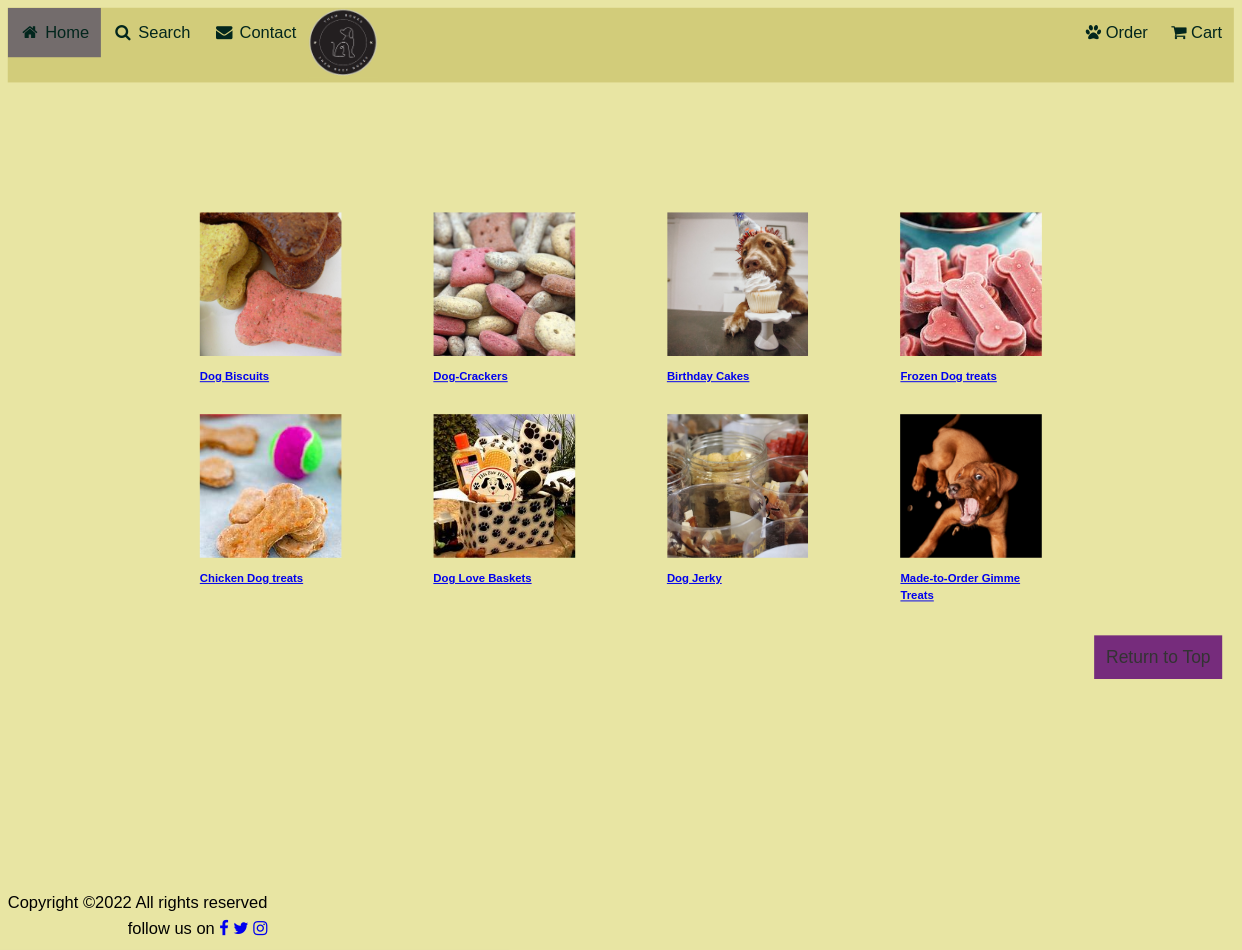
Repository: vgoins-RA2022/HTML-1
Page: index.html
These files come from the project's save history. The page is drawn as it stood at one moment and after the next save; the edit follows.
The browser window is 1280 px wide. The pictures show the whole page, at 97% of full size.

Above is the page before, as saved 2023-01-21 20:27:31.

### index.html
<!DOCTYPE html>
<html lang="en">

<head>
  <meta charset="UTF-8">
  <meta name="viewport" content="width=device-width, initial-scale=1">
  <link rel="stylesheet" href="https://cdnjs.cloudflare.com/ajax/libs/font-awesome/4.7.0/css/font-awesome.min.css">
  <link rel="stylesheet" href="../HTML-1/src/css/Style.css" type="text/css">
  <title>Simple HTML Assignment 1</title>
</head>

<header>
    <!-- setup top navigator bar. position logo, home and contact navators on the left-->
    <div class="navbar" float: left>
      <img src="src/img/them-bones-logo.png" alt="them-bones-logo" class="logo" >
      <a class="active" href="#"><i class="fa fa-fw fa-home"></i> Home</a>
      <a href="#"><i class="fa fa-fw fa-search"></i> Search</a>
      <a href="#"><i class="fa fa-fw fa-envelope"></i> Contact</a>
      <!-- position order and cart navigators on the right -->
    <div class="right"><a href="#"><i class="fa fa-paw" aria-hidden="true"></i> Order</a>
    <div class="right"><a href="#"><i class="fa fa-shopping-cart" aria-hidden="true"></i> Cart</a>
    </div>
  </header>

<body>
  <div class="container">
     <!-- set of store gallery of self-contained items enclosed in the figure tags  -->
    <div class="gallery">

      <figure class="gallery__item gallery__item--1">
            <img src="src/img/animal-dog- biscuits.jpg" alt="animal-dog-biscuits" class="gallery__img" >
              <h3 class= image-text>
                <h3><a href="#">Dog Biscuits</a></h3>
              </h3>
        </figure>
        <figure class="gallery__item gallery__item--2">
            <img src="src/img/animal-dog- crackers.jpg" alt="animal-dog-crackers" class="gallery__img">
                <h3 class= image-text>
                  <h3><a href="#">Dog-Crackers</a></h3>
                </h3>

        </figure>
        <figure class="gallery__item gallery__item--3">
            <img src="src/img/dog-happy-birthday.jpg" alt="dog-happy-birthday" class="gallery__img">
              <h3 class= image-text></h3>
                <h3><a href="#">Birthday Cakes</a></h3>
               </h3>
        </figure>
        <figure class="gallery__item gallery__item--4">
            <img src="src/img/frozen-dog-treats.jpg" alt="frozen-dog-treats" class="gallery__img">
              <h3 class= image-text>
                 <h3><a href="#">Frozen Dog treats</a></h3>
              </h3>
        </figure>
        <figure class="gallery__item gallery__item--5">
            <img src="src/img/chicken-dog-treat.jpg" alt="chicken-dog-treats" class="gallery__img">
              <h3 class= image-text>
                <h3><a href="#">Chicken Dog treats</a></h3>
              </h3>
        </figure>
        <figure class="gallery__item gallery__item--6">
            <img src="src/img/doggy-love-basket.jpg" alt="doggy-love-basket" class="gallery__img">
            <h3 class= image-text>
            <h3><a href="#">Dog Love Baskets</a></h3>
            </h3>
        </figure>
        <figure class="gallery__item gallery__item--7">
            <img src="src/img/Dog-jerkey.png" alt="dog-jerky" class="gallery__img">
            <h3 class= image-text>
              <a href="#">Dog Jerky</a></h3>
            </h3>
        </figure>
        <figure class="gallery__item gallery__item--8">
          <img src="src/img/gimme-dog treats.jpg" alt="gimme-dog-treats" class="gallery__img">
          <h3 class= image-text>
            <a href="#">Made-to-Order Gimme Treats</a>
          </h3>
        </figure>

      </div>
  </div>

</body>

<footer>
  <!-- <div> id="footer"</div>  footer id attribute -->

  <!-- setup navigator bar in the footer of copywright and social media icons -->


  <div class="navbar-footer">
    <div class="row">
      <div class="col-left">Copyright ©2022 All rights reserved</div>
      <div class="col-right">follow us on

        <a href="#"><i class="fa fa-facebook"></i></a>
        <a href="#"><i class="fa fa-twitter"></i></a>
        <a href="#"><i class="fa fa-instagram"></i></a>
      </div>
    </div>
  </div>
  <div><button id="return-to-top">Return to Top</button></div>
  </footer>
</html>

### src/css/Style.css

/* align navigation bar items */
.left-menu {
  grid-column: 1;
}
.right-menu {
  grid-column: -1;
}
/* format logo position, width and height */
.logo {
  grid-column: 3;
  grid-area: logo;
  place-self: center;
  width: 10vh;
  height: 10vh;
  justify-self: center;
  background-color:#d2cc7a;
}

/* style the navigation bar */
.navbar a {
float: left;
padding-top: 70px;
padding: 12px;
color: #02261d;
text-decoration: none;
font-size: 17px;
}
/* set the size of the images */
img {
  width: 400px;
  height: 80px;
}
/* change color of navigation item when cursor hovers */
.navbar a:hover {
background-color: #8e8c8c;
}
.active {
background-color: #736c6c;
}
.left {
  float: left;
}

.right {
  float: right;
 }

.navbar a {
    float: left;
    display: block;
}

.navbar {
    width: 100%;
    background-color: #d2cc7a;
    overflow: auto;
}

.logo img {
    display: inline-block;
    vertical-align: top;
    width: 50px;
    height: 50px;
    margin-right: 20px;
    margin-top: 15px;
}

html {
  box-sizing: border-box;
  font-size: 62.5%;
}

body {
  font-family: "Nunito", sans-serif;
  background-color: rgba(216, 212, 98, 0.585);
  font-weight: 300;
  line-height: 1.6;
}

.container {
  width: 75%;
  margin: 2rem auto;
}

.gallery {
  display: grid;
  grid-template-columns: repeat(8, 1fr);
  grid-template-rows: repeat(8, 5vw);
  grid-gap: 1.5rem;
  row-gap: 40px;
}

.gallery__img {
  width: 100%;
  height: 100%;
  object-fit: cover;
  display: block;
}

.image-txt {
  margin: 3%;
  position: absolute;
  top: 20px;
  left: 50px;
}
/* set length and position of store gallery items */
.gallery__item--1 {
  grid-column: 1 / span 2;
  grid-row: 2 / span 2;
}
.gallery__item--2 {
  grid-column: 3 / span 2;
  grid-row: 2 / span 2;
}
.gallery__item--3 {
  grid-column: 5 / span 2;
  grid-row: 2 / span 2;
}
.gallery__item--4 {
  grid-column: 7 / span 2;
  grid-row: 2 / span 2;
}
.gallery__item--5 {
  grid-column: 1 / span 2;
  grid-row: 4 / span 2;
}
.gallery__item--6 {
  grid-column: 3 / span 2;
  grid-row: 4 / span 2;
}
.gallery__item--7 {
  grid-column: 5 / span 2;
  grid-row: 4 / span 2;
}
.gallery__item--8 {
  grid-column: 7 / span 2;
  grid-row: 4 / span 2;
}
/* Style the button */

#return-to-top {
  position: fixed;
  bottom: 20px;
  right: 20px;
  background-color: #762c7c;
  color: #333;
  font-size: 18px;
  padding: 12px;
  border: none;
  cursor: pointer;
}

.button:hover {
  background-color: #ddd;
}

.button.active {
  background-color: #666;
  color: white;
}

.navbar-footer {
  font-size: 17px;
  display: flex;
  justify-content: space-between;
}
.col-left {
  text-align: left;
}
.col-right {
  text-align: right;
}


.footer {
  background: #061D25;
  padding: 10px 0;
}
.footer a {
  color: #70726F;
  font-size: 20px;
  padding: 10px;
  border-right: 1px solid #70726F;
  transition: all .5s ease;
}
.flex-container {
  display: flex;
  background: #d2cc7a;
}

.copyright{
  text-align: center;
  padding-top: 24px;
  font-weight: 500;
  opacity: 0.8;
  font-size: 16px;
}
@media (max-width: 767px) {

    .h6{
      margin: 0 auto;
      text-align: center;
      margin-top: 10px;
      margin-bottom: 10px;
    }
    .ul{
      text-align: center;
    }
    .social{
        width: 100%;
        margin: 0 auto;
        font-size: "15px";
        text-align: center;
        padding: 40px;
        padding-bottom: 0px;
        border-top: 1px solid #eee;
        margin-top: 50px;
    }

  }

After the next save:
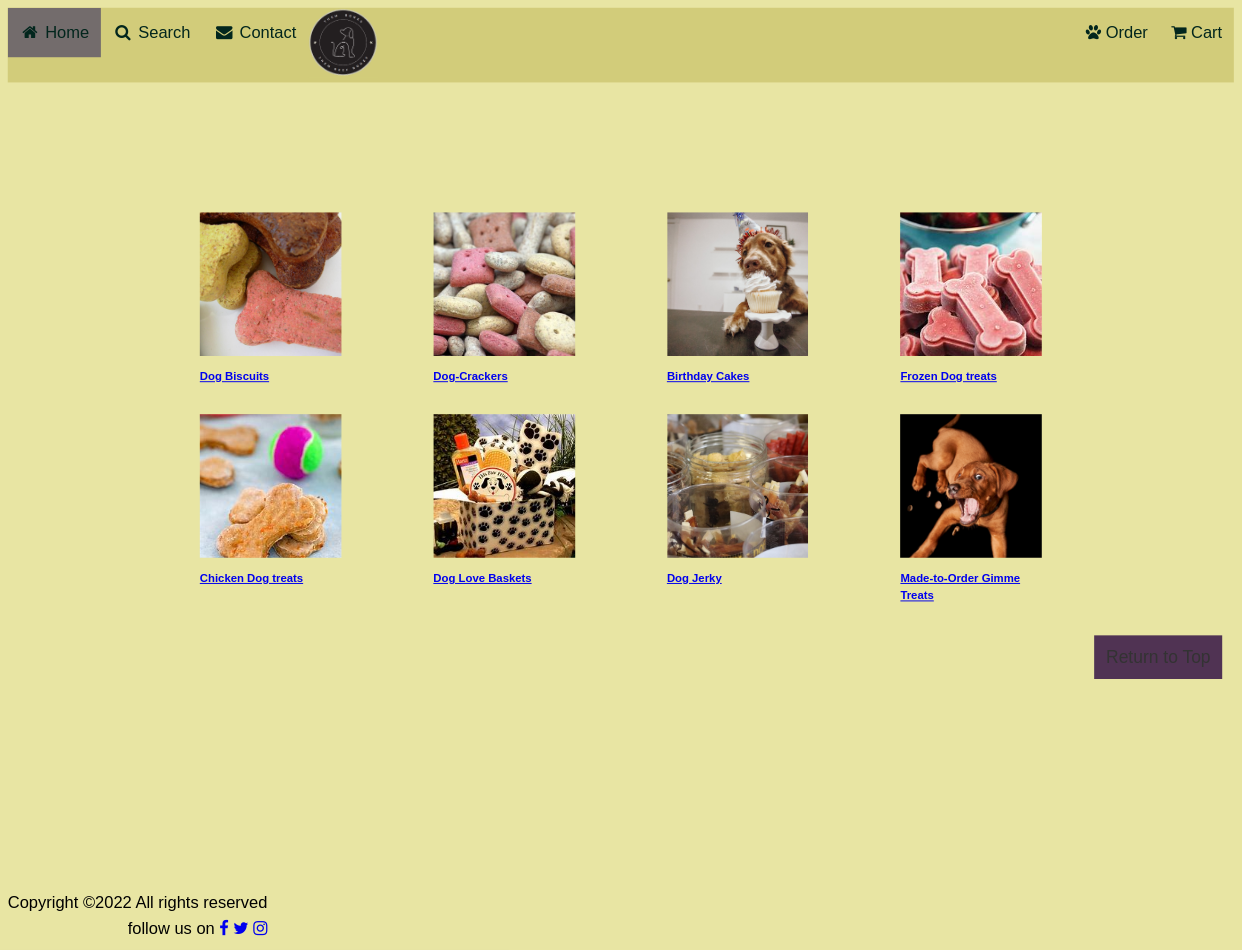
Saved 4 s later.
--- a/src/css/Style.css
+++ b/src/css/Style.css
@@ -143,7 +143,7 @@ body {
   position: fixed;
   bottom: 20px;
   right: 20px;
-  background-color: #762c7c;
+  background-color: #503353;
   color: #333;
   font-size: 18px;
   padding: 12px;
